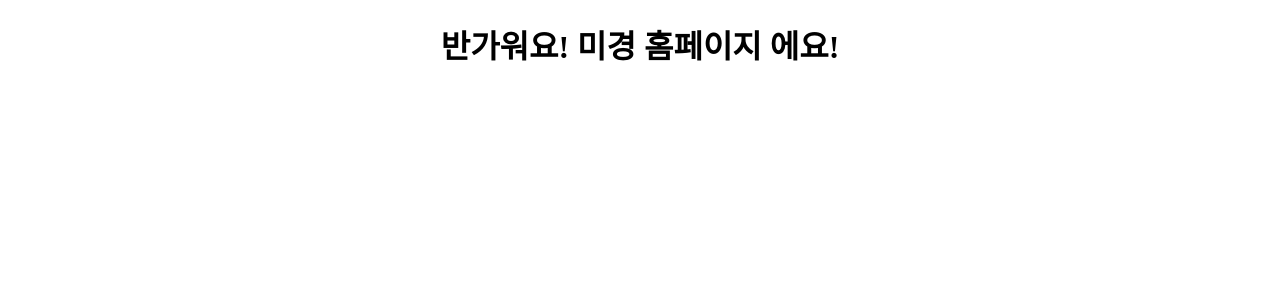
Repository: minimelody/servlet
Page: webworkspace2/web1/WebContent/index.html
The author's editor kept a copy of each file at every save. The page is drawn from the files as they stood at one save, then again after the next save.
The browser window is 1280 px wide. The pictures show the whole page.

Above is the page before, as saved 2018-05-17 05:12:56.

After the next save:
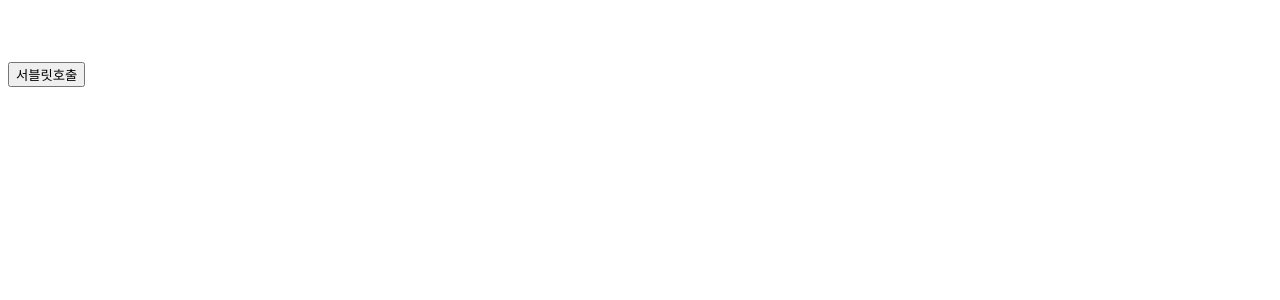
Saved 7 min 26 s later.
--- a/webworkspace2/web1/WebContent/index.html
+++ b/webworkspace2/web1/WebContent/index.html
@@ -5,8 +5,9 @@
 <title>미경의 홈페이지</title>
 </head>
 <body>
-	<center>
-		<h1>반가워요! 미경 홈페이지 에요!</h1>
-	</center>
+	<br><br><br>
+	<form action="test" method="get">
+		<input type="submit" value="서블릿호출">
+	</form>
 </body>
 </html>
